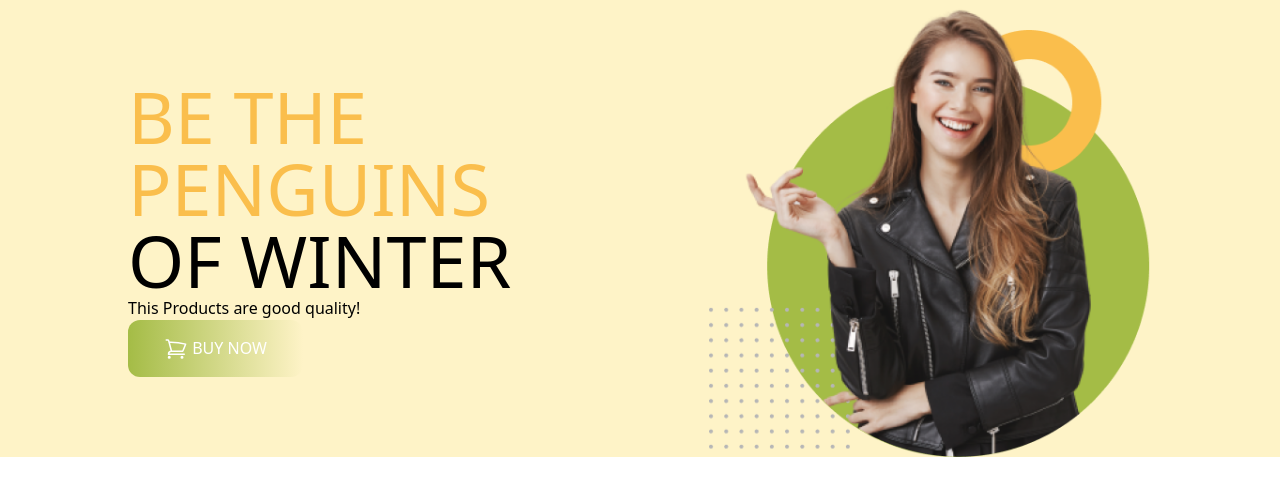
Repository: SyeadaSakina/Penguins-fashion
Page: index.html
These files come from the project's save history. The page is drawn as it stood at one moment and after the next save; the edit follows.
The browser window is 1280 px wide. The pictures show the whole page.
Some web libraries are served in a nearby version.

Above is the page before, as saved 2023-07-22 00:08:56.

### index.html
<!DOCTYPE html>
<html lang="en">

<head>
    <meta charset="UTF-8">
    <meta name="viewport" content="width=device-width, initial-scale=1.0">
    <title>Penguin Fashion</title>
    <script src="https://cdn.tailwindcss.com"></script>
</head>

<body>
    <header class="bg-amber-100 px-32">
        <!-- nav section -->
        <nav>

        </nav>

        <!-- banner section -->
        <div class="flex justify-between items-center">
            <div>
                <h1 class="text-7xl uppercase"> <span class="text-[#FABE4C]">Be the Penguins</span>
                    <br> of Winter
                </h1>
                <p>
                    This Products are good quality!
                </p>
                <button
                    class="py-4 px-9 bg-gradient-to-r from-[#A4BC46] to-#85A019 rounded-xl uppercase text-white font-medium">
                    <svg xmlns="http://www.w3.org/2000/svg" fill="none" viewBox="0 0 24 24" stroke-width="1.5"
                        stroke="currentColor" class="w-6 h-6 inline">
                        <path stroke-linecap="round" stroke-linejoin="round"
                            d="M2.25 3h1.386c.51 0 .955.343 1.087.835l.383 1.437M7.5 14.25a3 3 0 00-3 3h15.75m-12.75-3h11.218c1.121-2.3 2.1-4.684 2.924-7.138a60.114 60.114 0 00-16.536-1.84M7.5 14.25L5.106 5.272M6 20.25a.75.75 0 11-1.5 0 .75.75 0 011.5 0zm12.75 0a.75.75 0 11-1.5 0 .75.75 0 011.5 0z" />
                    </svg>
                    Buy Now</button>
            </div>
            <div>
                <img src="images/model.png" alt="Image of a model">
            </div>
        </div>

    </header>
    <main>

    </main>
    <footer>

    </footer>
</body>

</html>

After the next save:
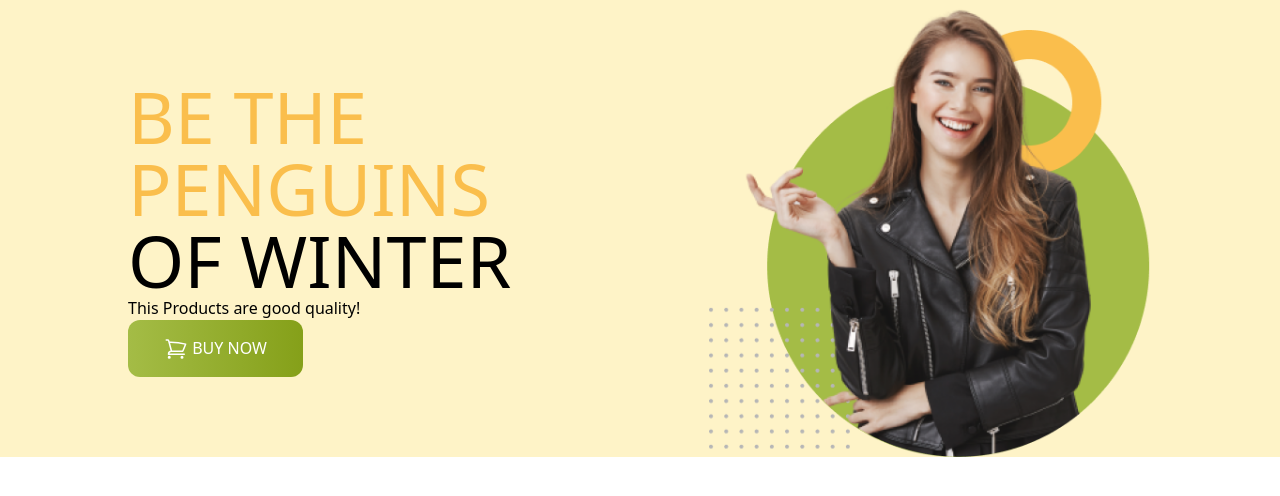
Saved 22 s later.
--- a/index.html
+++ b/index.html
@@ -25,7 +25,7 @@
                     This Products are good quality!
                 </p>
                 <button
-                    class="py-4 px-9 bg-gradient-to-r from-[#A4BC46] to-#85A019 rounded-xl uppercase text-white font-medium">
+                    class="py-4 px-9 bg-gradient-to-r from-[#A4BC46] to-[#85A019] rounded-xl uppercase text-white font-medium">
                     <svg xmlns="http://www.w3.org/2000/svg" fill="none" viewBox="0 0 24 24" stroke-width="1.5"
                         stroke="currentColor" class="w-6 h-6 inline">
                         <path stroke-linecap="round" stroke-linejoin="round"
